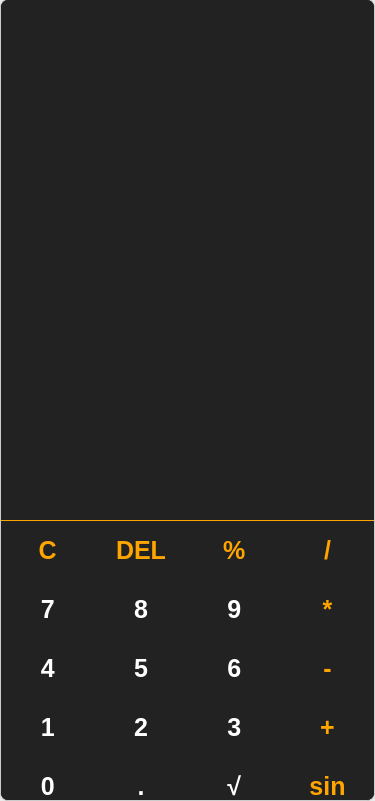
Repository: JuliusMonday/myCalculator
Page: index.html
The author's editor kept a copy of each file at every save. The page is drawn from the files as they stood at one save, then again after the next save.
The browser window is 375 px wide. The pictures show the whole page.

Above is the page before, as saved 2024-05-31 09:21:39.

### index.html
<!DOCTYPE html>
<html lang="en">
<head>
    <meta charset="UTF-8">
    <meta name="viewport" content="width=device-width, initial-scale=1.0">
    <title>JuliusCalc - Scientific Calculator</title>
    <link rel="stylesheet" href="styles.css">
</head>
<body>
    <div class="calculator">
        <div class="display">
            <input type="text" id="result" disabled>
        </div>
        <div class="buttons">
            <button onclick="clearDisplay()" class="oranges">C</button>
            <button onclick="deleteChar()" class="oranges">DEL</button>
            <button onclick="appendChar('%')" class="oranges">%</button>
            <button onclick="appendChar('/')" class="oranges">/</button>

            <button onclick="appendChar('7')">7</button>
            <button onclick="appendChar('8')">8</button>
            <button onclick="appendChar('9')">9</button>
            <button onclick="appendChar('*')" class="oranges">*</button>

            <button onclick="appendChar('4')">4</button>
            <button onclick="appendChar('5')">5</button>
            <button onclick="appendChar('6')">6</button>
            <button onclick="appendChar('-')" class="oranges">-</button>

            <button onclick="appendChar('1')">1</button>
            <button onclick="appendChar('2')">2</button>
            <button onclick="appendChar('3')">3</button>
            <button onclick="appendChar('+')" class="oranges">+</button>

            <button onclick="appendChar('0')">0</button>
            <button onclick="appendChar('.')">.</button>
            <button onclick="appendChar('Math.sqrt(')">√</button>

            <button onclick="appendChar('Math.sin(')" class="oranges">sin</button>
            <button onclick="appendChar('Math.cos(')" class="oranges">cos</button>
            <button onclick="appendChar('Math.log(')">log</button>
            <button onclick="calculate()" class="equals">=</button>
        </div>
        <marquee><p><b>JuliusCalc||</b> <em>Created by Julius</em></p></marquee>
    </div>
    <script src="index.js"></script>
</body>
</html>

### styles.css
body {
    display: flex;
    justify-content: center;
    align-items: center;
    height: 100vh;
    background-color: #f0f0f0;
    font-family: 'Arial', sans-serif;
    margin: 0;
}

.calculator {
    width: 300px;
    border: 1px solid #ccc;
    border-radius: 8px;
    overflow: hidden;
    box-shadow: 0 0 10px rgba(0, 0, 0, 0.1);
    background-color: #ffffff;
}

.display {
    background-color: #222;
    color: #fff;
    padding: 0;
    font-size: 24px;
    position: relative;
    height: 60px;
    display: flex;
    align-items: flex-end;
    padding-right: 10px;
}

.display input {
    width: 100%;
    border: none;
    background: none;
    color: #fff;
    text-align: right;
    font-size: 24px;
    padding: 0;
    box-sizing: border-box;
    line-height: 60px;
    height: 60px;
}

.buttons {
    display: grid;
    grid-template-columns: repeat(4, 1fr);
}

button {
    padding: 20px;
    font-size: 18px;
    border: 1px solid #ccc;
    background-color: #fff;
    cursor: pointer;
    transition: background-color 0.2s;
}

/* button:hover {
    background-color: #f0f0f0;
} */

/* button:active {
    background-color: #ddd;
    color:#222;
} */

/* Responsive Design */
@media (max-width: 600px) {
    .calculator {
        width: 100%;
        height: 100%;
        border-radius: 5;
        background-color:#222;
    }
    .display {
        padding: 10px;
        font-size: 20px;
        height: 500px;
        border-bottom: 1px solid #FFA500 ;
    }
    button {
        padding: 15px;
        font-size: 25px;
        background-color:#222;
        color: #fff;
        border: none;
        font-weight: bold;

    }
    .oranges{
        color:#FFA500;
    }
    .equals{
        background-color:#FFA500;
        border:none;
        border-radius: 50%;
    }

    p{
        color:#FFA500;
    }
}

### index.js
let display = document.getElementById('result');

function clearDisplay() {
    display.value = '';
}

function deleteChar() {
    display.value = display.value.slice(0, -1);
}

function appendChar(char) {
    display.value += char;
}

function calculate() {
    try {
        display.value = eval(display.value);
    } catch (e) {
        display.value = 'Error';
    }
}

// Updated percentage handling
function calculatePercentage() {
    try {
        // Evaluate the current expression
        let currentExpression = eval(display.value);
        // Divide by 100 to get the percentage value
        display.value = currentExpression / 100;
    } catch (e) {
        display.value = 'Error';
    }
}

// Update the appendChar function for %
function appendChar(char) {
    if (char === '%') {
        calculatePercentage();
    } else {
        display.value += char;
    }
}

After the next save:
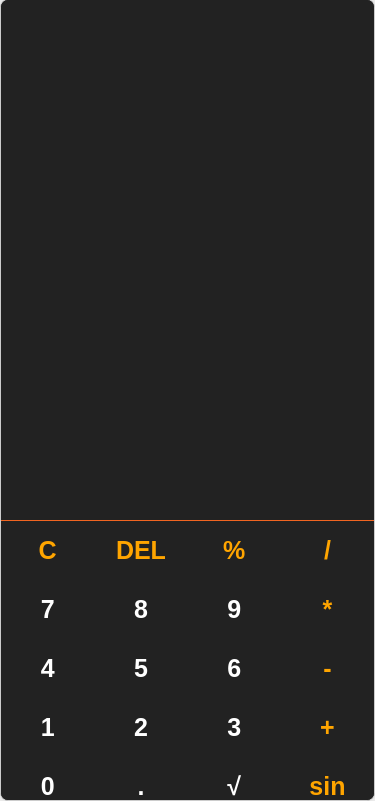
Saved 2 min 51 s later.
--- a/styles.css
+++ b/styles.css
@@ -77,7 +77,7 @@ button {
         padding: 10px;
         font-size: 20px;
         height: 500px;
-        border-bottom: 1px solid #FFA500 ;
+        border-bottom: 1px solid #F16521 ;
     }
     button {
         padding: 15px;
